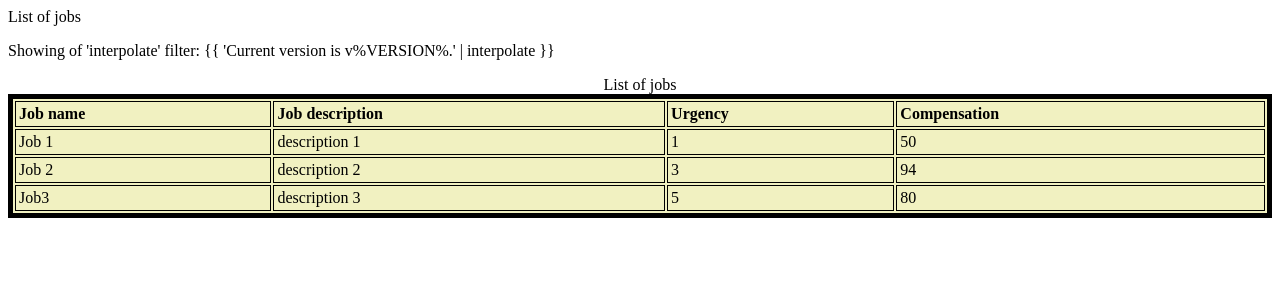
Repository: ultra-koder/JobMarket
Page: angular-seed/app/view2/findjob.html
The author's editor kept a record of every edit. The page is drawn from the files as they stood at one moment, then again after the next edit.
The browser window is 1280 px wide. The pictures show the whole page.

Above is the page before.

### angular-seed/app/view2/findjob.html
<p>List of jobs</p>
<p>
  Showing of 'interpolate' filter:
  {{ 'Current version is v%VERSION%.' | interpolate }}
</p>


<style>
table, th, td {
    border: 1px solid black;
}
th, td {
    padding: 3px;
    text-align: left;
}
table#t01 {
    width: 100%;
    border-width: 5px;
    background-color: #f1f1c1;
}
</style>


<table id=t01>
  <caption>List of jobs</caption>
  <tr>
    <th>Job name</th>
    <th>Job description</th>
    <th>Urgency</th>
    <th>Compensation</th>
  </tr>
  <tr>
    <td>Job 1</td>
    <td>description 1</td>
    <td>1</td>
    <td>50</td>
  </tr>
  <tr>
    <td>Job 2</td>
    <td>description 2</td>
    <td>3</td>
    <td>94</td>
  </tr>
  <tr>
    <td>Job3</td>
    <td>description 3</td>
    <td>5</td>
    <td>80</td>
  </tr>
</table>

After the next edit:
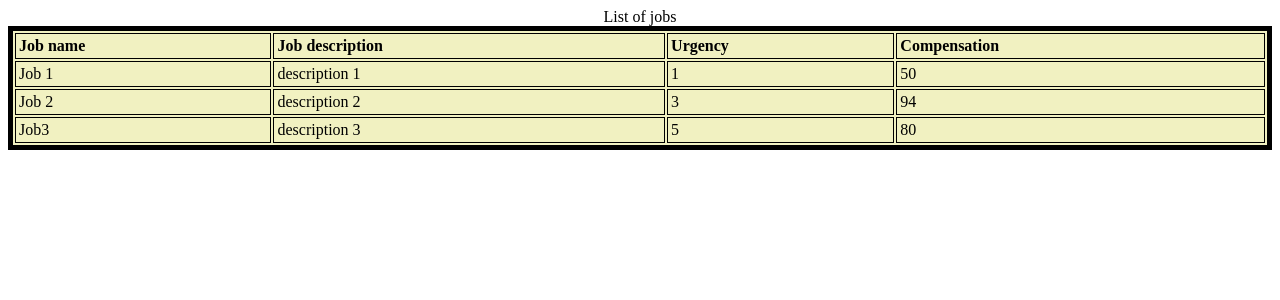
The edit:
--- a/angular-seed/app/view2/findjob.html
+++ b/angular-seed/app/view2/findjob.html
@@ -1,9 +1,3 @@
-<p>List of jobs</p>
-<p>
-  Showing of 'interpolate' filter:
-  {{ 'Current version is v%VERSION%.' | interpolate }}
-</p>
-
 
 <style>
 table, th, td {
